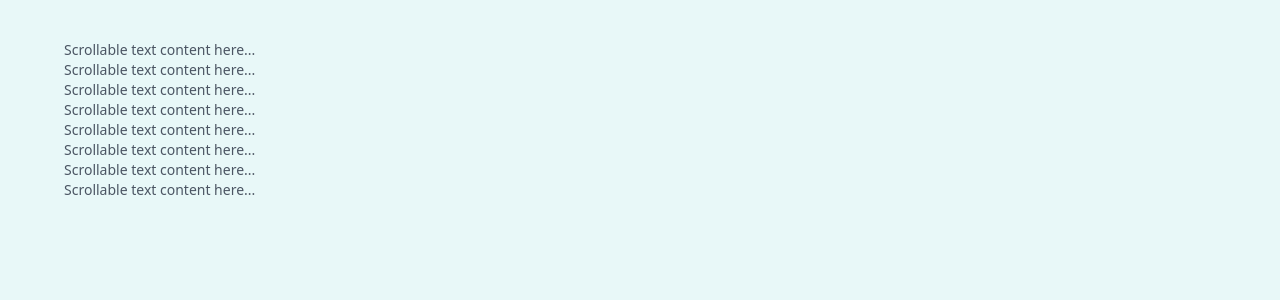
Repository: trusha97/postpilot
Page: scroll.html
These files come from the project's save history. The page is drawn as it stood at one moment and after a run of saves; the edit follows.
The browser window is 1280 px wide. The pictures show the whole page.
Some web libraries are served in a nearby version.

Above is the page before, as saved 2025-05-19 10:30:56.

### scroll.html
<!DOCTYPE html>
<html lang="en">
<head>
  <meta charset="UTF-8" />
  <meta name="viewport" content="width=device-width, initial-scale=1.0"/>
  <title>Custom Left Scroll</title>
  <script src="https://cdn.tailwindcss.com"></script>
  <style>
    /* Left side custom scrollbar */
    .left-scroll::-webkit-scrollbar {
      width: 6px;
    }

    .left-scroll::-webkit-scrollbar-track {
      background: #A0CDCD;
    }

    .left-scroll::-webkit-scrollbar-thumb {
      background-color: #2E2F35;
      border-radius: 10px;
    }

    .left-scroll {
      direction: rtl;
    }

    .left-scroll > * {
      direction: ltr;
    }
  </style>
</head>
<body class="bg-[#e8f8f8] p-10">

  <div class="flex space-x-4 h-40">
    <div class="overflow-y-auto h-full flex w-full left-scroll ">
      <div class="text-sm text-gray-600 pr-2 w-full ms-6">
        Scrollable text content here... <br />
        Scrollable text content here... <br />
        Scrollable text content here... <br />
        Scrollable text content here... <br />
        Scrollable text content here... <br />
        Scrollable text content here... <br />
        Scrollable text content here... <br />
        Scrollable text content here... <br />
        Scrollable text content here... <br />
        Scrollable text content here... <br />
        Scrollable text content here... <br />
        Scrollable text content here... <br />
        Scrollable text content here... <br />
        Scrollable text content here... <br />
        Scrollable text content here... <br />
        Scrollable text content here... <br />
        Scrollable text content here... <br />
      </div>

    </div>
  </div>

</body>
</html>

After the next 2 saves:
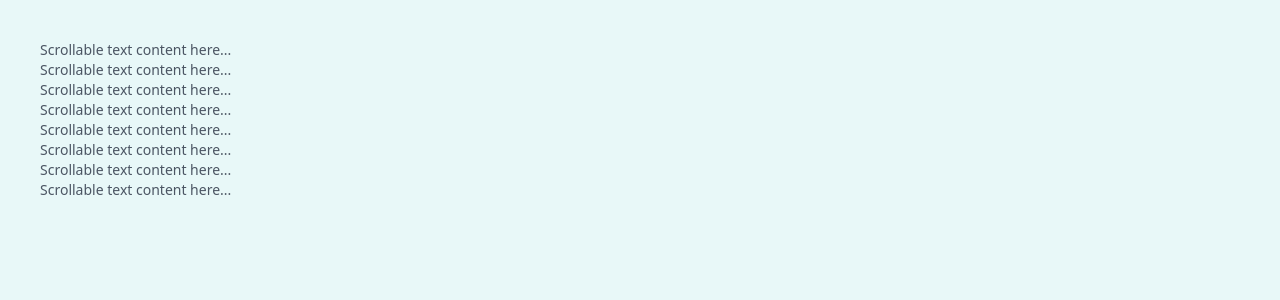
The 2 saves are shown as one change because they came seconds apart.
The last was saved 7 s later.
--- a/scroll.html
+++ b/scroll.html
@@ -33,7 +33,7 @@
 
   <div class="flex space-x-4 h-40">
     <div class="overflow-y-auto h-full flex w-full left-scroll ">
-      <div class="text-sm text-gray-600 pr-2 w-full ms-6">
+      <div class="text-sm text-gray-600 pr-2 w-full ms-22">
         Scrollable text content here... <br />
         Scrollable text content here... <br />
         Scrollable text content here... <br />
